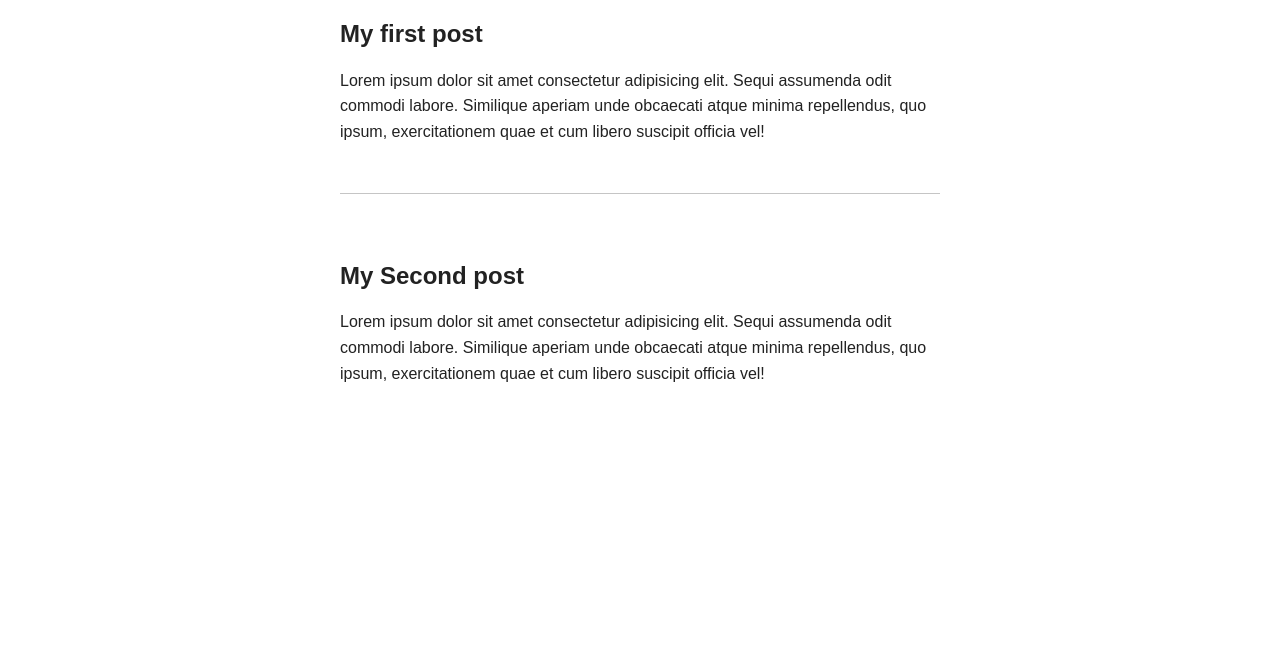
Repository: PiotrMigdal/blogmigdalapp
Page: http://localhost/
An editor plug-in stored every save of this project. The page is shown before and after the next save, followed by the edit.
The browser window is 1280 px wide. The pictures show the whole page.
The page is served by the project's Laravel application, run on PHP 8.4 with Laravel 8.

Above is the page before, as saved 2021-08-28 07:30:17.

After the next save:
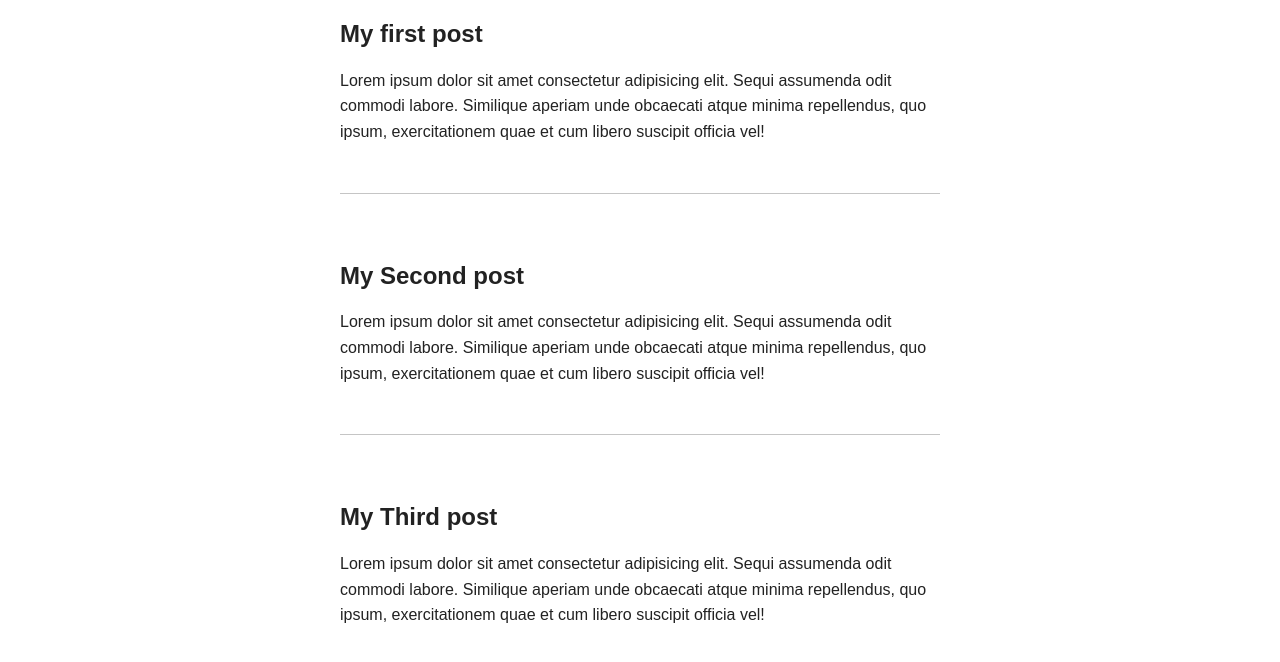
Saved 8 s later.
--- a/resources/views/posts.blade.php
+++ b/resources/views/posts.blade.php
@@ -16,5 +16,9 @@
     <h1>My Second post</h1>
     <p>Lorem ipsum dolor sit amet consectetur adipisicing elit. Sequi assumenda odit commodi labore. Similique aperiam unde obcaecati atque minima repellendus, quo ipsum, exercitationem quae et cum libero suscipit officia vel!</p>
   </article>
+  <article>
+    <h1>My Third post</h1>
+    <p>Lorem ipsum dolor sit amet consectetur adipisicing elit. Sequi assumenda odit commodi labore. Similique aperiam unde obcaecati atque minima repellendus, quo ipsum, exercitationem quae et cum libero suscipit officia vel!</p>
+  </article>
 </body>
 </html>
